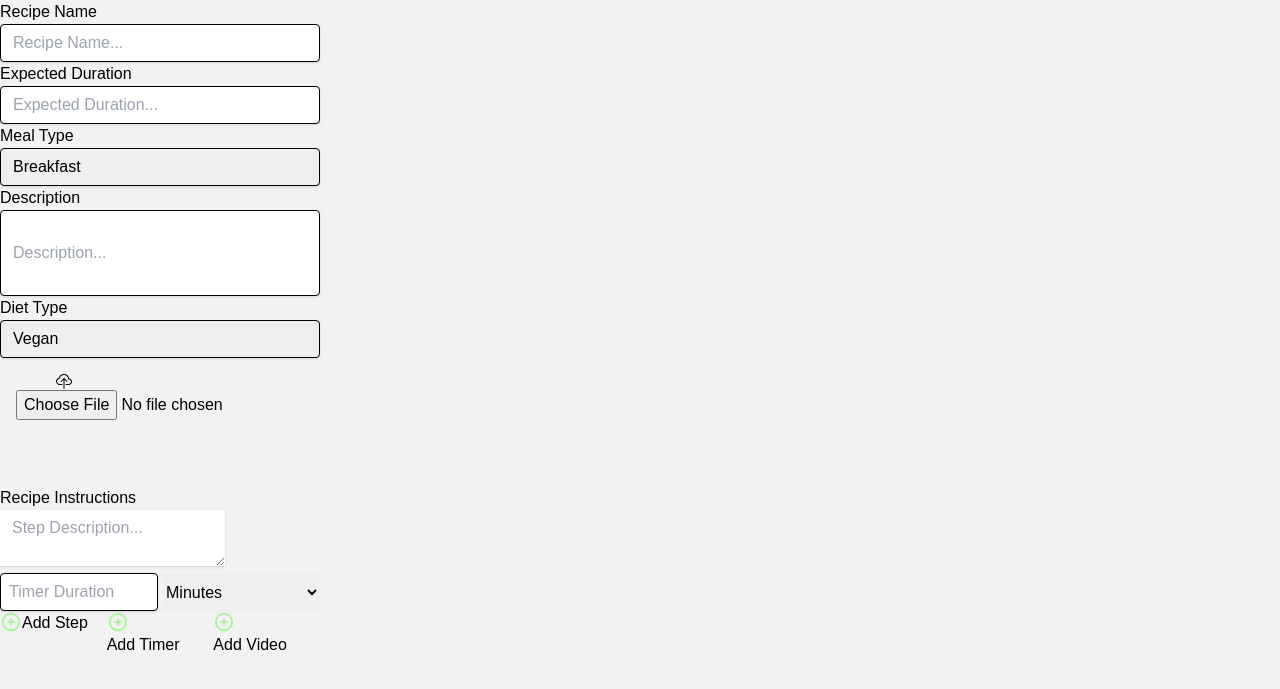
Repository: stvnsok/-capstone-project-3900-w18a-terraluna
Page: /new_recipe (app in frontend/)
The author's editor kept a copy of each file at every save. The page is drawn from the files as they stood at one save, then again after the next save.
The browser window is 1280 px wide. The pictures show the whole page.
The project was rebuilt for these pictures with package versions that can differ from the ones it lists, and the page was loaded fresh each time. Also part of the build but not shown: frontend/src/services/auth.service.ts, frontend/src/api.ts, frontend/src/services/recipeContributor.service.ts, frontend/src/components/global/Modal.tsx, frontend/src/components/global/TextInput.tsx, frontend/src/components/Auth/helperFunctions.ts, frontend/src/components/Auth/ChangeEmailForm.tsx, frontend/src/components/Auth/ChangePasswordForm.tsx and 10 more.

Above is the page before, as saved 2022-07-19 22:27:06.

After the next save:
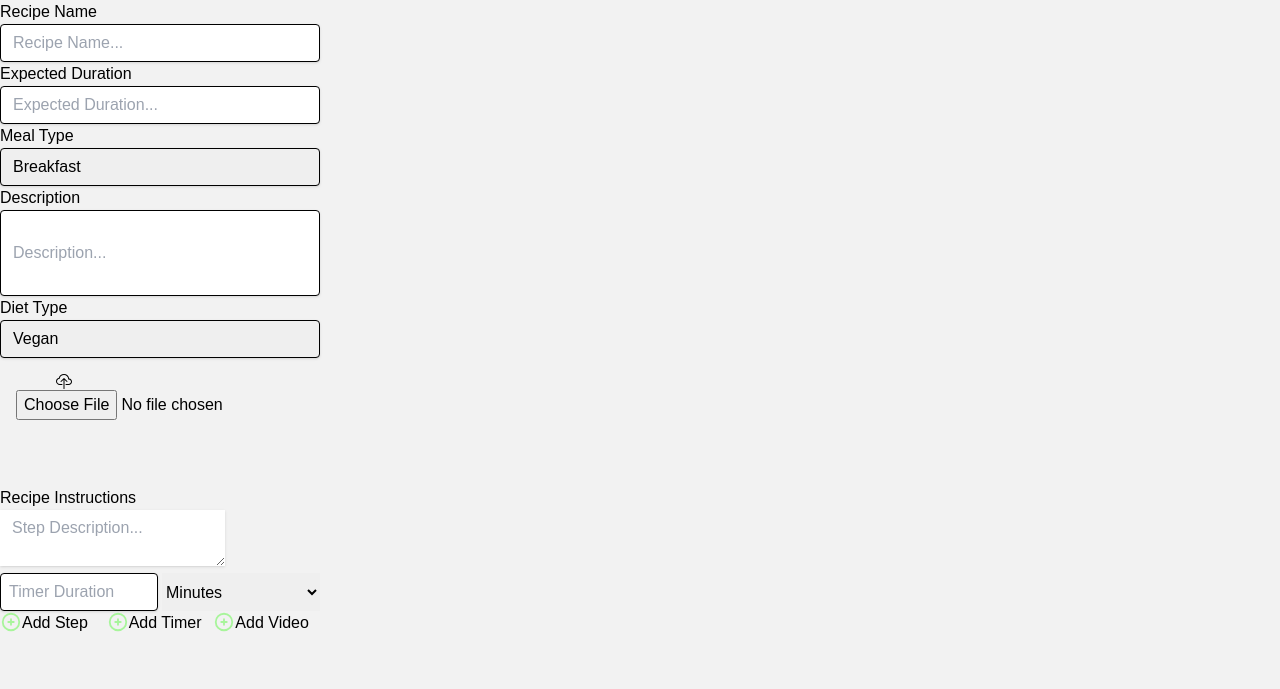
Saved 24 s later.
--- a/frontend/src/components/NewRecipe/CreateRecipeCard.tsx
+++ b/frontend/src/components/NewRecipe/CreateRecipeCard.tsx
@@ -162,7 +162,7 @@ export default function CreateRecipe () {
                             />
                             Add Step
                         </div>
-                        <div className='flex-row'>
+                        <div className='flex flex-row'>
                             <HiOutlinePlusCircle
                                 onClick = {() => {
                                     console.log('Todo:add timer');
@@ -173,7 +173,7 @@ export default function CreateRecipe () {
                             />
                             Add Timer
                         </div>
-                        <div className='flex-row'>
+                        <div className='flex flex-row'>
                             <HiOutlinePlusCircle
                                 onClick = {() => {
                                     console.log('Todo:add Video');
